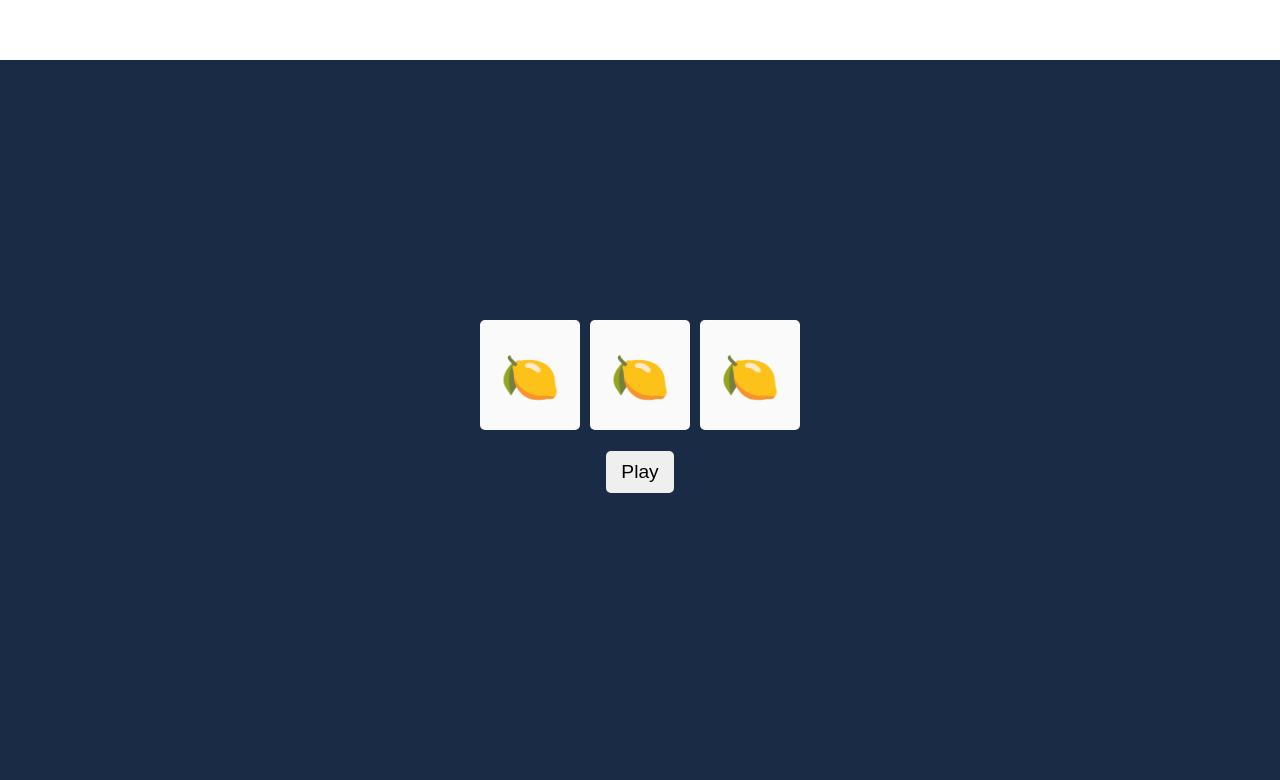
Repository: HERBOD7/slotmachine
Page: /
An editor plug-in stored every save of this project. The page is shown before and after the next save, followed by the edit.
The browser window is 1280 px wide. The pictures show the whole page.
The project was rebuilt for these pictures with package versions that can differ from the ones it lists, and the page was loaded fresh each time. Also part of the build but not shown: vue.config.js.

Above is the page before, as saved 2023-07-23 00:19:17.

After the next save:
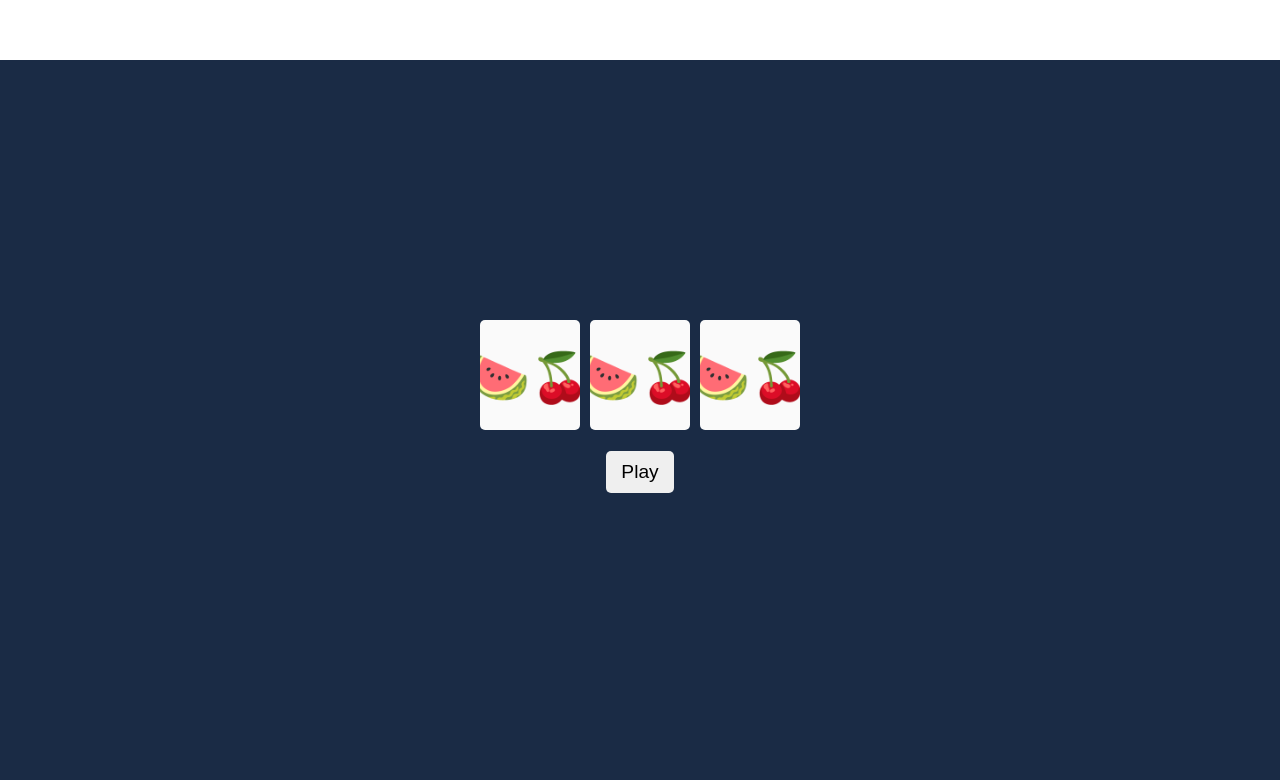
Saved 2 min 47 s later.
--- a/src/App.vue
+++ b/src/App.vue
@@ -2,15 +2,14 @@
   <div id="app">
     <div class="doors">
       <div class="door" v-for="(symbol, name, i) in symbols" :key="i">
-        <div class="boxes">
-          <div
-            :class="[
-              'box',
-              isShuffling ? 'before-animate blur' : name + '-animation',
-            ]"
-            v-for="(item, index) in symbol"
-            :key="index"
-          >
+        <div
+          class="boxes"
+          :class="[
+            'box',
+            isShuffling ? 'before-animate blur' : name + '-animation',
+          ]"
+        >
+          <div :class="['box']" v-for="(item, index) in symbol" :key="index">
             {{ item }}
           </div>
         </div>

After the save that followed:
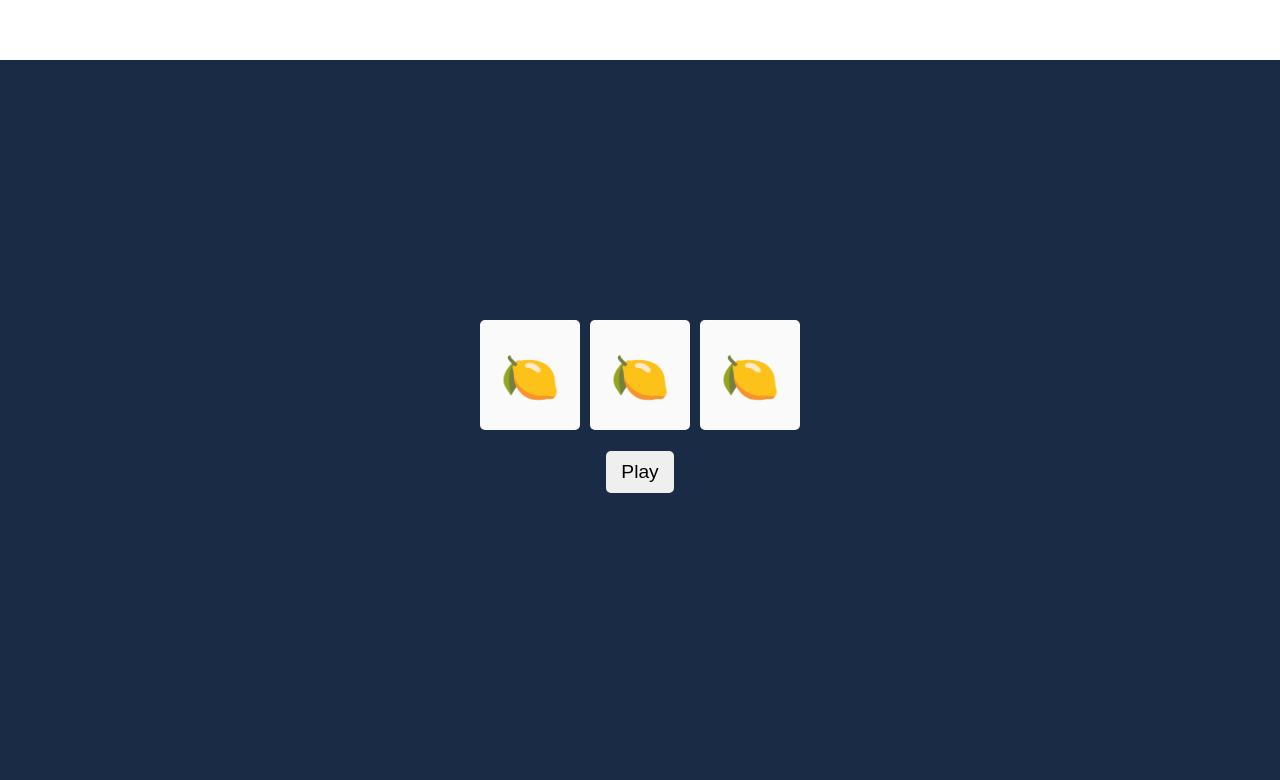
Saved 35 s later.
--- a/src/App.vue
+++ b/src/App.vue
@@ -3,9 +3,8 @@
     <div class="doors">
       <div class="door" v-for="(symbol, name, i) in symbols" :key="i">
         <div
-          class="boxes"
           :class="[
-            'box',
+            'boxes',
             isShuffling ? 'before-animate blur' : name + '-animation',
           ]"
         >
